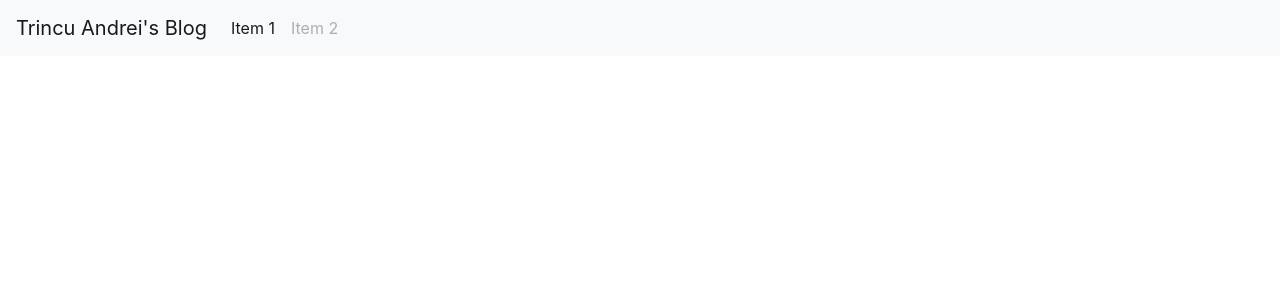
Repository: nicolasolo/bitesizecoding.space
Page: index.html
These files come from the project's save history. The page is drawn as it stood at one moment and after a run of saves; the edit follows.
The browser window is 1280 px wide. The pictures show the whole page.

Above is the page before, as saved 2020-04-09 16:57:51.

After the next 2 saves:
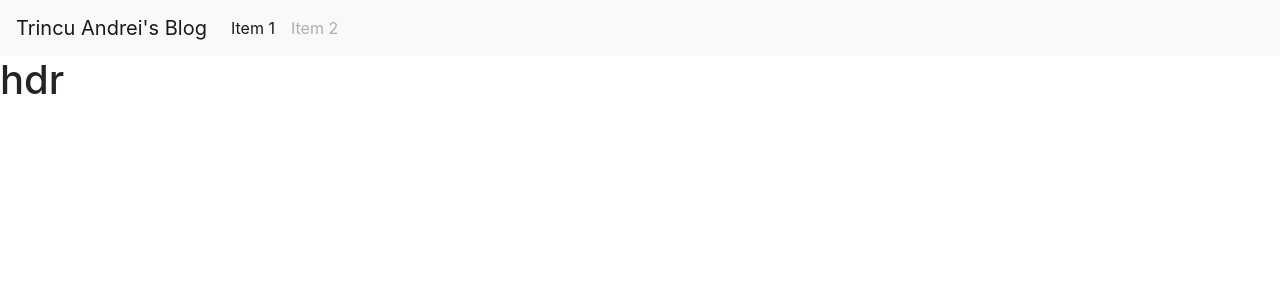
The 2 saves are shown as one change because they came seconds apart.
The last was saved 50 s later.
--- a/index.html
+++ b/index.html
@@ -29,7 +29,7 @@
 
 </header>
 <main>
-
+<h1>asa ai </h1>
 </main>
 <footer>
 <h1>hdr</h1>

After the 3 saves that followed:
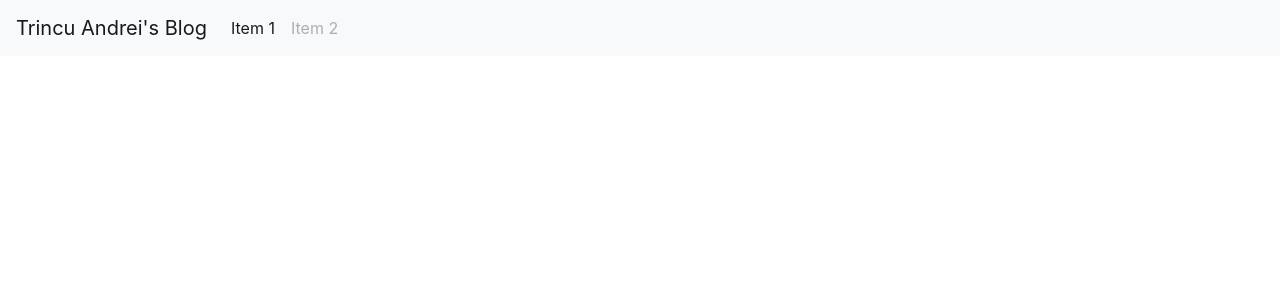
The 3 saves are shown as one change because 2 left the picture as it was.
The last was saved 39 s later.
--- a/index.html
+++ b/index.html
@@ -29,7 +29,7 @@
 
 </header>
 <main>
-<h1>asa ai </h1>
+<h1> </h1>
 </main>
 <footer>
 <h1>hdr</h1>
